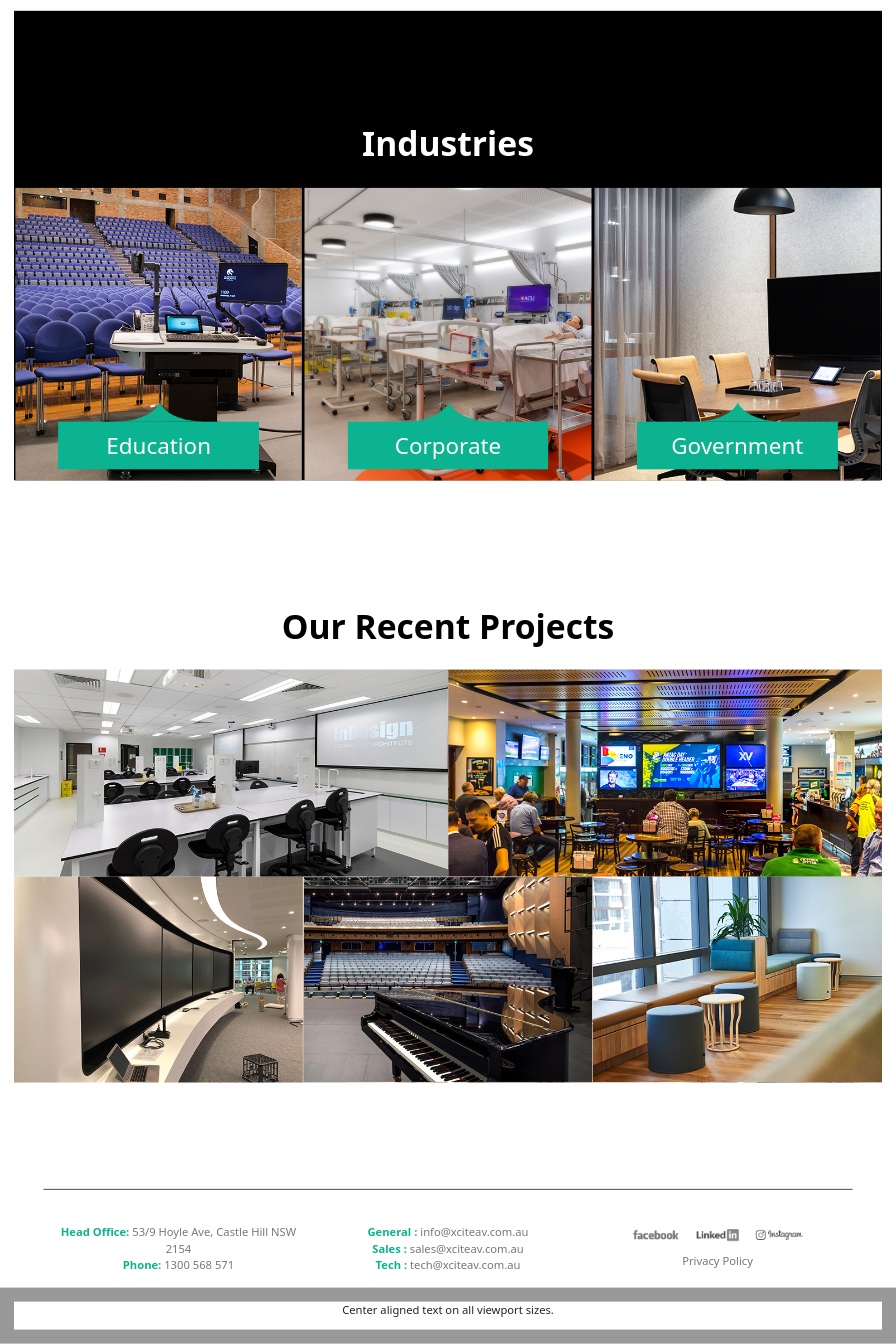
Repository: Imprasna/designplus
Page: index.html
An editor plug-in stored every save of this project. The page is shown before and after a run of saves, followed by the edit.
The browser window is 1280 px wide. The pictures show the part of the page from y = 1298 to 3218 px (the page is 3218 px tall before and 3202 px after), at 70% of full size.

Above is the page before, as saved 2022-03-16 23:38:13.

After the next 4 saves:
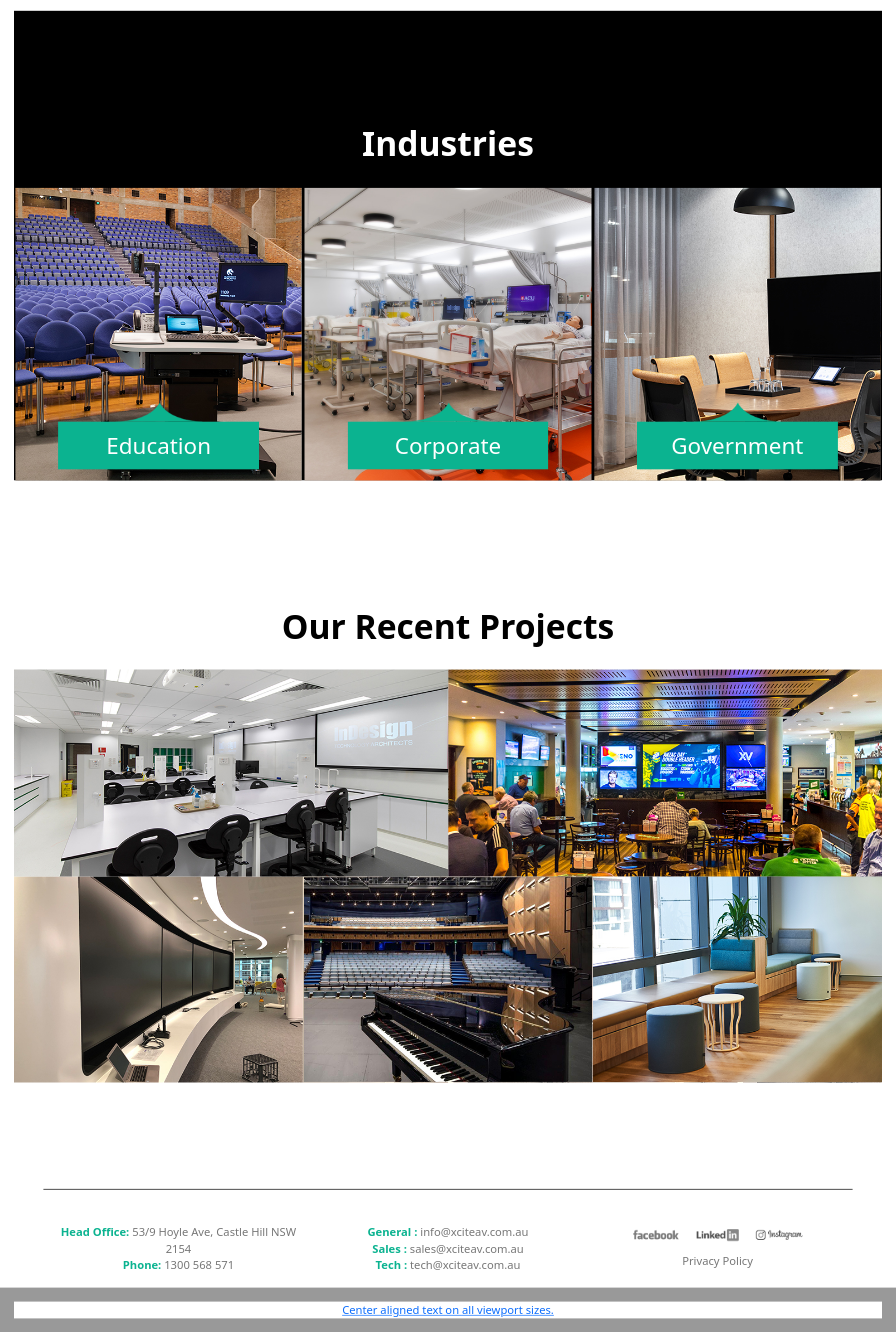
The 4 saves are shown as one change because they came seconds apart.
The last was saved 19 s later.
--- a/index.html
+++ b/index.html
@@ -186,7 +186,7 @@
     <div class="container-fluid copyright">
       <div class="container-fluid">
         <div class="row">
-          <p class="text-center">Center aligned text on all viewport sizes.</p>
+          <a href="#" class="text-center">Center aligned text on all viewport sizes.</a>
         </div>
       </div>
     </div>
